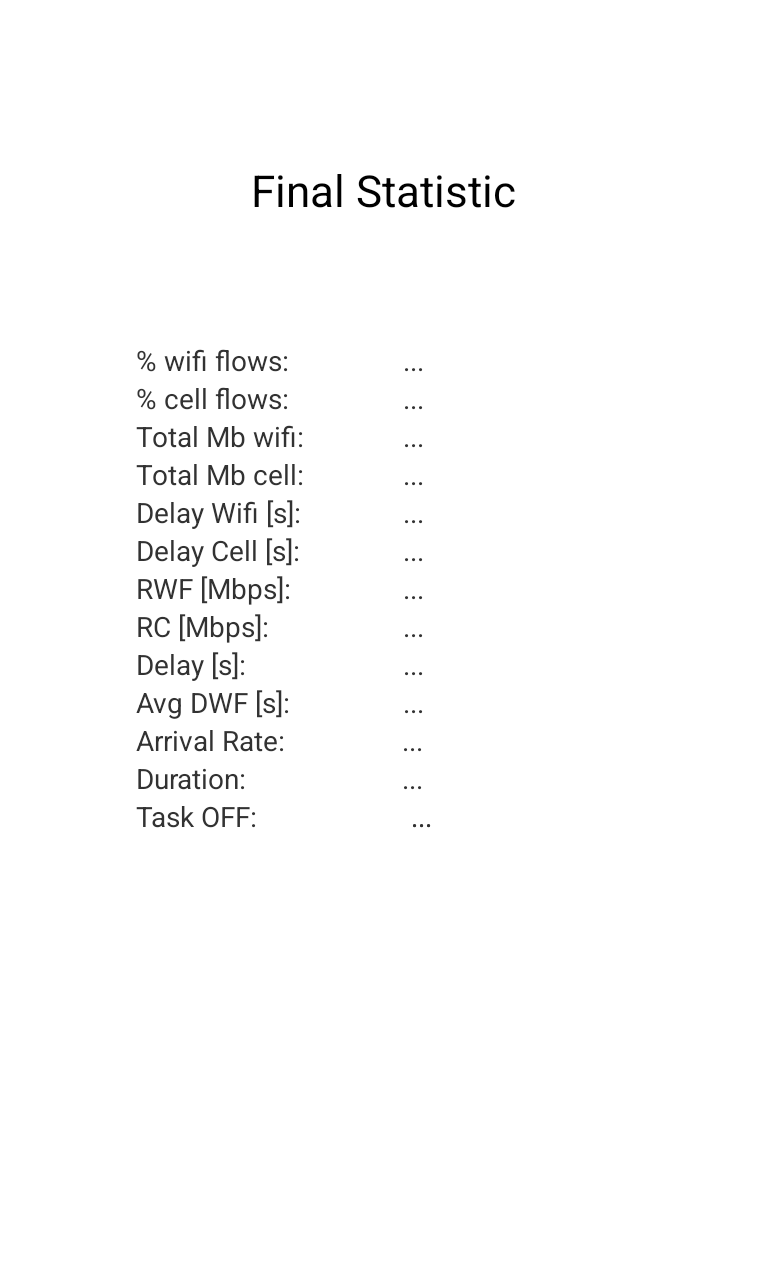
Repository: nncsang/Java-DynamicOffloading
Layout: Wifi3GProject/Wifi3GProject/res/layout/final_stat.xml
The author's editor kept a copy of each file at every save. The layout is drawn from the files as they stood at one save, then again after the next save.
It is drawn on a 768 x 1280 px phone screen (xhdpi) without system bars, with theme AppTheme; the app's code is not run.

Above is the layout before, as saved 2016-01-13 10:27:37.

After the next save:
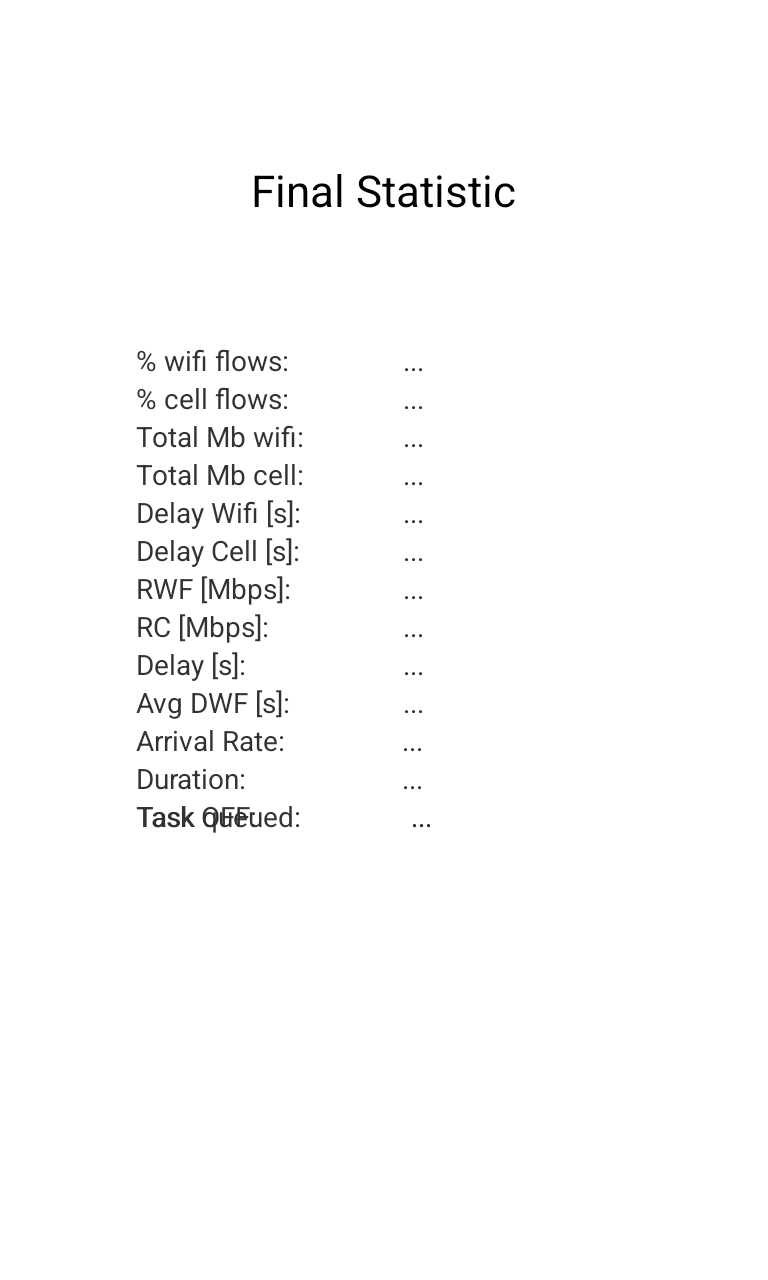
Saved 59 s later.
--- a/Wifi3GProject/Wifi3GProject/res/layout/final_stat.xml
+++ b/Wifi3GProject/Wifi3GProject/res/layout/final_stat.xml
@@ -262,6 +262,15 @@
         android:gravity="center"
         android:text="..." />
 
+      <TextView
+        android:id="@+id/task_queue"
+        android:layout_width="wrap_content"
+        android:layout_height="wrap_content"
+        android:layout_below="@+id/duration"
+        android:layout_marginLeft="68dp"
+        android:gravity="center"
+        android:text="Task queued: " />
+
      <TextView
         android:id="@+id/task_comming_value"
         android:layout_width="wrap_content"
@@ -273,4 +282,5 @@
         android:gravity="center"
         android:text="..." />
 
+
 </RelativeLayout>
